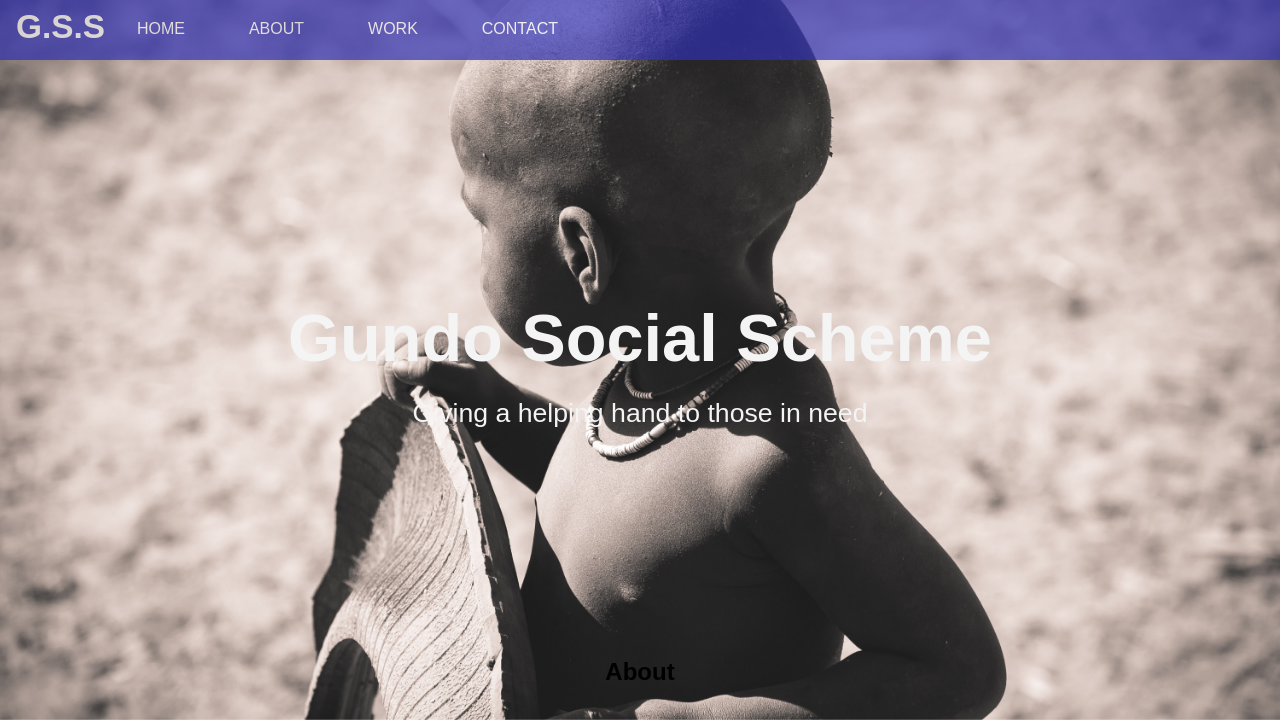
Repository: blessingNtoko/gss-basic_website
Page: index.html
The author's editor kept a copy of each file at every save. The page is drawn from the files as they stood at one save, then again after the next save.
The browser window is 1280 px wide. The pictures show the whole page.
An inner scrolling area shows only its first screen.

Above is the page before, as saved 2020-05-13 18:09:16.

After the next save:
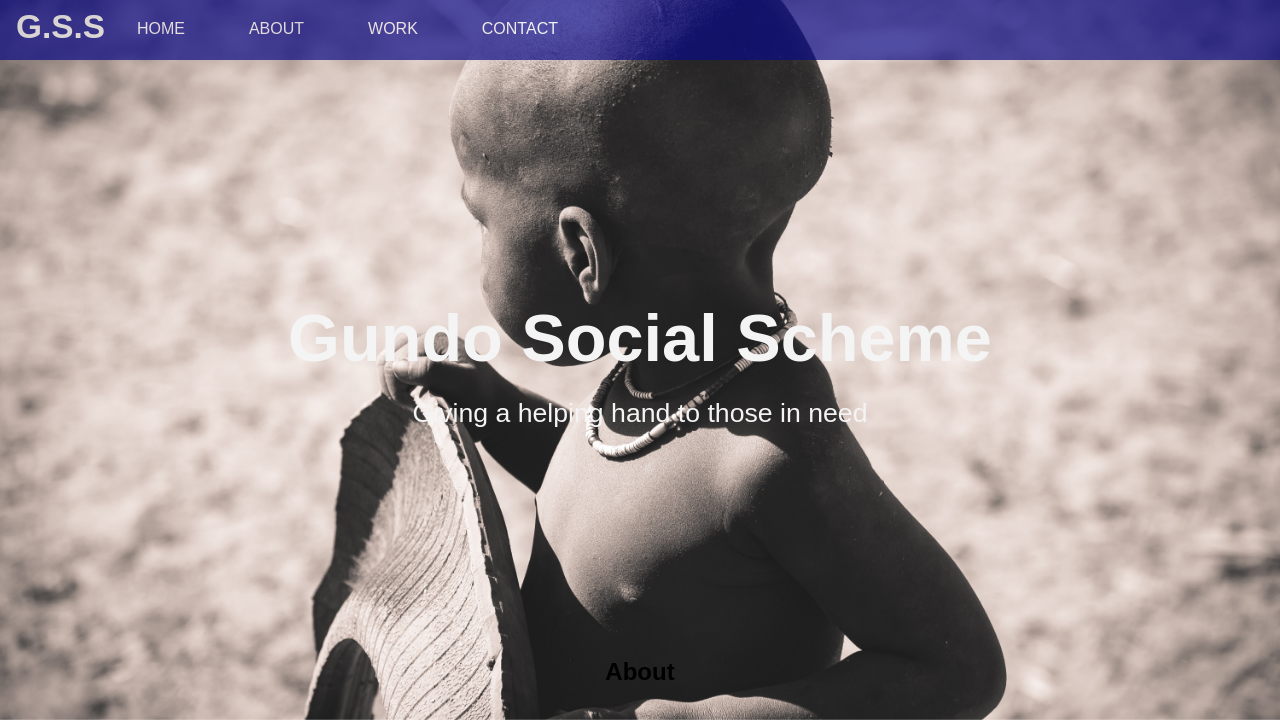
Saved 16 s later.
--- a/style.css
+++ b/style.css
@@ -27,7 +27,7 @@ body {
     justify-content: space-between;
     width: 100%;
     height: 60px;
-    background: rgb(49, 49, 177);
+    background: rgb(10, 10, 134);
     opacity: .7;
 }
 
